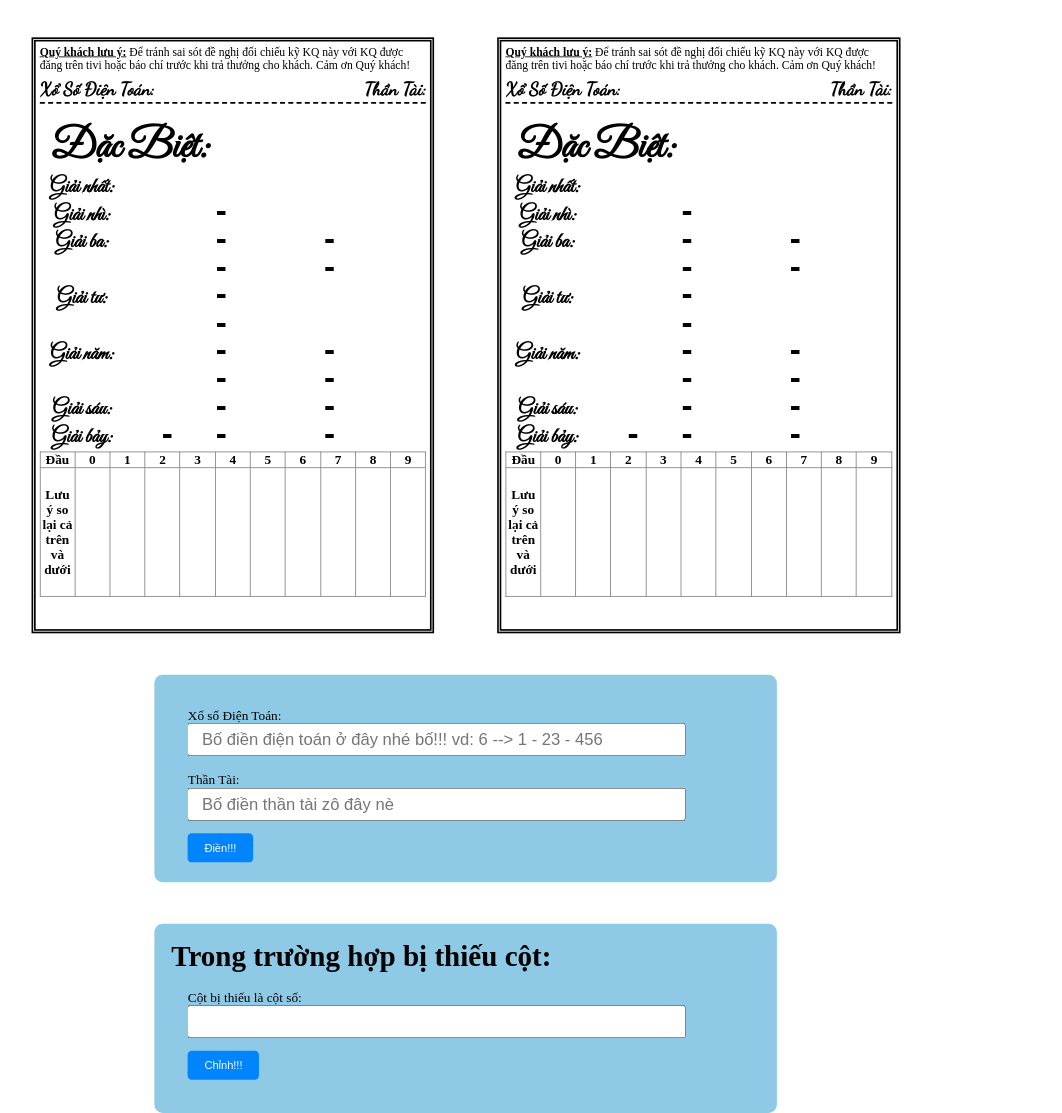
Repository: AnhDuc0125/xskt123
Page: index.html
The author's editor kept a copy of each file at every save. The page is drawn from the files as they stood at one save, then again after the next save.
The browser window is 1280 px wide. The pictures show the whole page, at 83% of full size.
Some web fonts or font styles are not loaded; a fallback is used.

Above is the page before, as saved 2022-01-29 23:33:21.

### index.html
<!DOCTYPE html>
<html lang="en">
  <head>
    <meta charset="UTF-8" />
    <meta http-equiv="X-UA-Compatible" content="IE=edge" />
    <meta name="viewport" content="width=device-width, initial-scale=1.0" />
    <link rel="stylesheet" href="style.css" />
    <title>Document</title>
  </head>
  <body>
    <div class="boxed__container">
      <div class="boxed--1">
        <div class="header">
          <div class="header--1">
            <b><u>Quý khách lưu ý:</u></b> Để tránh sai sót đề nghị đối chiếu kỹ
            KQ này với KQ được đăng trên tivi hoặc báo chí trước khi trả thưởng
            cho khách. Cảm ơn Quý khách!
          </div>
          <div class="header--2">
            <div class="dienToan">
              Xổ Số Điện Toán:
              <span class="data__dienToan"></span>
            </div>
            <div class="thanTai">
              Thần Tài: <span class="data__thanTai"></span>
            </div>
          </div>
        </div>

        <div class="body">
          <div class="body--1">
            <div class="dacBiet">
              Đặc Biệt:
              <span id="data__dacBiet" class="data__body--1"></span>
            </div>
          </div>
          <div class="body--2">
            <!-- row1 -->
            <div class="body__item body__name">Giải nhất:</div>
            <div class="body__item data__body--1"></div>
            <div class="body__item"></div>
            <div class="body__item"></div>
            <div class="body__item"></div>
            <div class="body__item"></div>
            <!-- row2 -->
            <div class="body__item body__name">Giải nhì:</div>
            <div class="body__item data__body--1"></div>
            <div class="body__item space">-</div>
            <div class="body__item data__body--1"></div>
            <div class="body__item"></div>
            <div class="body__item"></div>
            <!-- row3 -->
            <div class="body__item body__name">Giải ba:</div>
            <div class="body__item data__body--1"></div>
            <div class="body__item space">-</div>
            <div class="body__item data__body--1"></div>
            <div class="body__item space">-</div>
            <div class="body__item data__body--1"></div>
            <!-- row4 -->
            <div class="body__item"></div>
            <div class="body__item data__body--1"></div>
            <div class="body__item space">-</div>
            <div class="body__item data__body--1"></div>
            <div class="body__item space">-</div>
            <div class="body__item data__body--1"></div>
            <!-- row5 -->
            <div class="body__item body__name">Giải tư:</div>
            <div class="body__item data__body--1"></div>
            <div class="body__item space">-</div>
            <div class="body__item data__body--1"></div>
            <div class="body__item"></div>
            <div class="body__item"></div>
            <!-- row6 -->
            <div class="body__item"></div>
            <div class="body__item data__body--1"></div>
            <div class="body__item space">-</div>
            <div class="body__item data__body--1"></div>
            <div class="body__item"></div>
            <div class="body__item"></div>
            <!-- row7 -->
            <div class="body__item body__name">Giải năm:</div>
            <div class="body__item data__body--1"></div>
            <div class="body__item space">-</div>
            <div class="body__item data__body--1"></div>
            <div class="body__item space">-</div>
            <div class="body__item data__body--1"></div>
            <!-- row8 -->
            <div class="body__item"></div>
            <div class="body__item data__body--1"></div>
            <div class="body__item space">-</div>
            <div class="body__item data__body--1"></div>
            <div class="body__item space">-</div>
            <div class="body__item data__body--1"></div>
            <!-- row9 -->
            <div class="body__item body__name">Giải sáu:</div>
            <div class="body__item data__body--1"></div>
            <div class="body__item space">-</div>
            <div class="body__item data__body--1"></div>
            <div class="body__item space">-</div>
            <div class="body__item data__body--1"></div>
            <!-- row10 -->
            <div class="body__item body__name">Giải bảy:</div>
            <div class="body__item">
              <span class="data__body--1"></span>
              <span class="space">-</span>
              <span class="data__body--1"></span>
            </div>
            <div class="body__item space">-</div>
            <div class="body__item data__body--1"></div>
            <div class="body__item space">-</div>
            <div class="body__item data__body--1"></div>
          </div>
        </div>

        <div class="footer">
          <div class="footer--1">
            <table border="1">
              <thead>
                <tr>
                  <th class="title__table">Đầu</th>
                  <th class="cols__title">0</th>
                  <th class="cols__title">1</th>
                  <th class="cols__title">2</th>
                  <th class="cols__title">3</th>
                  <th class="cols__title">4</th>
                  <th class="cols__title">5</th>
                  <th class="cols__title">6</th>
                  <th class="cols__title">7</th>
                  <th class="cols__title">8</th>
                  <th class="cols__title">9</th>
                </tr>
              </thead>
              <tbody>
                <tr>
                  <th>Lưu ý so lại cả trên và dưới</th>
                  <th class="cols">
                    <ul id="data__0--1"></ul>
                  </th>
                  <th class="cols">
                    <ul id="data__1--1"></ul>
                  </th>
                  <th class="cols">
                    <ul id="data__2--1"></ul>
                  </th>
                  <th class="cols">
                    <ul id="data__3--1"></ul>
                  </th>
                  <th class="cols">
                    <ul id="data__4--1"></ul>
                  </th>
                  <th class="cols">
                    <ul id="data__5--1"></ul>
                  </th>
                  <th class="cols">
                    <ul id="data__6--1"></ul>
                  </th>
                  <th class="cols">
                    <ul id="data__7--1"></ul>
                  </th>
                  <th class="cols">
                    <ul id="data__8--1"></ul>
                  </th>
                  <th class="cols">
                    <ul id="data__9--1"></ul>
                  </th>
                </tr>
              </tbody>
            </table>
          </div>
          <div class="footer--2" id="data__footer--1"></div>
        </div>
      </div>
      <div class="boxed--2">
        <div class="header">
          <div class="header--1">
            <b><u>Quý khách lưu ý:</u></b> Để tránh sai sót đề nghị đối chiếu kỹ
            KQ này với KQ được đăng trên tivi hoặc báo chí trước khi trả thưởng
            cho khách. Cảm ơn Quý khách!
          </div>
          <div class="header--2">
            <div class="dienToan">
              Xổ Số Điện Toán:
              <span class="data__dienToan"></span>
            </div>
            <div class="thanTai">
              Thần Tài: <span class="data__thanTai"></span>
            </div>
          </div>
        </div>

        <div class="body">
          <div class="body--1">
            <div class="dacBiet">
              Đặc Biệt:
              <span id="data__dacBiet" class="data__body--2"></span>
            </div>
          </div>
          <div class="body--2">
            <!-- row1 -->
            <div class="body__item body__name">Giải nhất:</div>
            <div class="body__item data__body--2"></div>
            <div class="body__item"></div>
            <div class="body__item"></div>
            <div class="body__item"></div>
            <div class="body__item"></div>
            <!-- row2 -->
            <div class="body__item body__name">Giải nhì:</div>
            <div class="body__item data__body--2"></div>
            <div class="body__item space">-</div>
            <div class="body__item data__body--2"></div>
            <div class="body__item"></div>
            <div class="body__item"></div>
            <!-- row3 -->
            <div class="body__item body__name">Giải ba:</div>
            <div class="body__item data__body--2"></div>
            <div class="body__item space">-</div>
            <div class="body__item data__body--2"></div>
            <div class="body__item space">-</div>
            <div class="body__item data__body--2"></div>
            <!-- row4 -->
            <div class="body__item"></div>
            <div class="body__item data__body--2"></div>
            <div class="body__item space">-</div>
            <div class="body__item data__body--2"></div>
            <div class="body__item space">-</div>
            <div class="body__item data__body--2"></div>
            <!-- row5 -->
            <div class="body__item body__name">Giải tư:</div>
            <div class="body__item data__body--2"></div>
            <div class="body__item space">-</div>
            <div class="body__item data__body--2"></div>
            <div class="body__item"></div>
            <div class="body__item"></div>
            <!-- row6 -->
            <div class="body__item"></div>
            <div class="body__item data__body--2"></div>
            <div class="body__item space">-</div>
            <div class="body__item data__body--2"></div>
            <div class="body__item"></div>
            <div class="body__item"></div>
            <!-- row7 -->
            <div class="body__item body__name">Giải năm:</div>
            <div class="body__item data__body--2"></div>
            <div class="body__item space">-</div>
            <div class="body__item data__body--2"></div>
            <div class="body__item space">-</div>
            <div class="body__item data__body--2"></div>
            <!-- row8 -->
            <div class="body__item"></div>
            <div class="body__item data__body--2"></div>
            <div class="body__item space">-</div>
            <div class="body__item data__body--2"></div>
            <div class="body__item space">-</div>
            <div class="body__item data__body--2"></div>
            <!-- row9 -->
            <div class="body__item body__name">Giải sáu:</div>
            <div class="body__item data__body--2"></div>
            <div class="body__item space">-</div>
            <div class="body__item data__body--2"></div>
            <div class="body__item space">-</div>
            <div class="body__item data__body--2"></div>
            <!-- row10 -->
            <div class="body__item body__name">Giải bảy:</div>
            <div class="body__item">
              <span class="data__body--2"></span>
              <span class="space">-</span>
              <span class="data__body--2"></span>
            </div>
            <div class="body__item space">-</div>
            <div class="body__item data__body--2"></div>
            <div class="body__item space">-</div>
            <div class="body__item data__body--2"></div>
          </div>
        </div>

        <div class="footer">
          <div class="footer--1">
            <table border="1">
              <thead>
                <tr>
                  <th class="title__table">Đầu</th>
                  <th class="cols__title">0</th>
                  <th class="cols__title">1</th>
                  <th class="cols__title">2</th>
                  <th class="cols__title">3</th>
                  <th class="cols__title">4</th>
                  <th class="cols__title">5</th>
                  <th class="cols__title">6</th>
                  <th class="cols__title">7</th>
                  <th class="cols__title">8</th>
                  <th class="cols__title">9</th>
                </tr>
              </thead>
              <tbody>
                <tr>
                  <th>Lưu ý so lại cả trên và dưới</th>
                  <th class="cols">
                    <ul id="data__0--2"></ul>
                  </th>
                  <th class="cols">
                    <ul id="data__1--2"></ul>
                  </th>
                  <th class="cols">
                    <ul id="data__2--2"></ul>
                  </th>
                  <th class="cols">
                    <ul id="data__3--2"></ul>
                  </th>
                  <th class="cols">
                    <ul id="data__4--2"></ul>
                  </th>
                  <th class="cols">
                    <ul id="data__5--2"></ul>
                  </th>
                  <th class="cols">
                    <ul id="data__6--2"></ul>
                  </th>
                  <th class="cols">
                    <ul id="data__7--2"></ul>
                  </th>
                  <th class="cols">
                    <ul id="data__8--2"></ul>
                  </th>
                  <th class="cols">
                    <ul id="data__9--2"></ul>
                  </th>
                </tr>
              </tbody>
            </table>
          </div>
          <div class="footer--2" id="data__footer--2"></div>
        </div>
      </div>
    </div>
    <div class="ask">
      <div class="form__group">
        <label class="label__control">Xổ số Điện Toán:</label>
        <input
          type="number"
          class="form__control input__dienToan"
          oninput="javascript: if (this.value.length > this.maxLength) this.value = this.value.slice(0, this.maxLength);"
          maxlength="6"
          placeholder="Bố điền điện toán ở đây nhé bố!!! vd: 6 --> 1 - 23 - 456"
        />
      </div>
      <div class="form__group">
        <form id="form_thanTai">
          <label for="" class="label__control">Thần Tài:</label>
          <input
            type="number"
            class="form__control input__thanTai"
            oninput="javascript: if (this.value.length > this.maxLength) this.value = this.value.slice(0, this.maxLength);"
            maxlength="4"
            placeholder="Bố điền thần tài zô đây nè"
          />
          <button onclick="showData()">Điền!!!</button>
        </form>
      </div>
    </div>
    <div class="custom_box">
      <strong style="font-size: 35px">Trong trường hợp bị thiếu cột:</strong>
      <div class="form__group">
        <form id="form_custom">
          <div class="label__control">Cột bị thiếu là cột số:</div>
          <input
            type="number"
            class="form__control"
            id="input__custom--column"
            oninput="javascript: if (this.value.length > this.maxLength) this.value = this.value.slice(0, this.maxLength);"
            maxlength="1"
          />
          <button onclick="customColumn()">Chỉnh!!!</button>
        </form>
      </div>
    </div>
  </body>
  <!-- <script src="app.js"></script> -->
</html>

### style.css
@import url("https://fonts.googleapis.com/css2?family=Great+Vibes&display=swap");
@import url("https://fonts.googleapis.com/css2?family=Dancing+Script&display=swap");
@import url("https://fonts.googleapis.com/css2?family=Andada+Pro:ital,wght@1,800&display=swap");

* {
  margin: 0;
  padding: 0;
  box-sizing: border-box;
}

body {
  width: 29.7cm;
  height: 21cm;
  font-family: ".VNTime";
}

.boxed__container {
  width: 27.7cm;
  height: 19cm;
  margin: 1.2cm 1cm 0.8cm;
  display: grid;
  grid-template-columns: 12.85cm 12.85cm;
  grid-template-rows: 19cm;
  column-gap: 2cm;
}

.boxed--1,
.boxed--2 {
  width: 12.85cm;
  height: 19cm;
  padding: 5px;
  border: 5px double black;
}

/* header css*/
.header {
  width: 100%;
  height: 10%;
  border-bottom: 2px dashed black;
}

.header--1 {
  font-size: 14px;
}

.header--2 {
  font-family: "Dancing Script", cursive;
  font-weight: bold;
  font-size: 22px;
  display: flex;
  justify-content: space-between;
}

/* data css */
.data__body--1,
.data__body--2,
.data__dienToan,
.data__thanTai {
  font-family: arial;
  font-size: 30px;
}

#data__dacBiet {
  font-size: 70px;
}

.space {
  font-family: Arial, Helvetica, sans-serif;
  font-size: 40px;
  transform: translateY(-5px);
}

.data__body--1,
.data__body--2 {
  margin-right: 5px;
}

/* body css*/
.body {
  width: 100%;
  height: 60%;
  font-family: "Great Vibes", cursive;
  font-weight: bold;
}

.body--1 {
  width: 100%;
  height: 20%;
  display: flex;
  align-items: center;
}

.body--1 .dacBiet {
  font-size: 50px;
  margin-left: 15px;
}

.body--2 {
  width: 100%;
  height: 80%;
  display: grid;
  grid-template-columns: 22% 22% 6% 22% 6% 22%;
  grid-template-rows: 10% 10% 10% 10% 10% 10% 10% 10% 10% 10%;
}

.body--2 .body__item {
  display: flex;
  justify-content: center;
  align-items: center;
}

.body--2 .body__item.body__name {
  font-size: 25px;
}

.body--2 .body__item.data__body--1,
.body--2 .body__item.data__body--2 {
  justify-content: right;
}

.footer {
  width: 100%;
  height: 30%;
}

.footer--1 {
  width: 100%;
  height: 175px;
}

.footer table {
  width: 100%;
  height: 100%;
  border-collapse: collapse;
  min-height: 175px;
}

ul {
  list-style-type: none;
}

li {
  font-size: 18px;
}

th.cols__title {
  width: 46.19px;
}

th.cols {
  vertical-align: top;
  height: 137.07px;
}

.title__table {
  width: 9%;
}

.footer--2 {
  width: 100%;
  height: 25%;
  font-family: "Andada Pro", serif;
  font-weight: bolder;
  font-size: 21px;
  text-align: center;
  transform: translateY(10px);
}

.ask {
  width: 750px;
  height: 250px;
  padding: 20px;
  margin: 0 auto;
  border-radius: 10px;
  border: none;
  color: black;
  background-color: #8ecae6;
  margin-top: 50px;
}

.custom_box {
  width: 750px;
  height: fit-content;
  padding: 20px;
  margin: 0 auto;
  border-radius: 10px;
  border: none;
  color: black;
  background-color: #8ecae6;
  margin-top: 50px;
}

.form__group {
  margin: 20px;
}

label {
  display: block;
}

input::-webkit-outer-spin-button,
input::-webkit-inner-spin-button {
  -webkit-appearance: none;
  margin: 0;
}

.form__control {
  width: 600px;
  height: 40px;
  padding: 15px;
  font-size: 20px;
}

button {
  display: block;
  padding: 10px 20px;
  background-color: #0085ff;
  border-radius: 5px;
  border: none;
  color: white;
  cursor: pointer;
  margin-top: 15px;
}

After the next save:
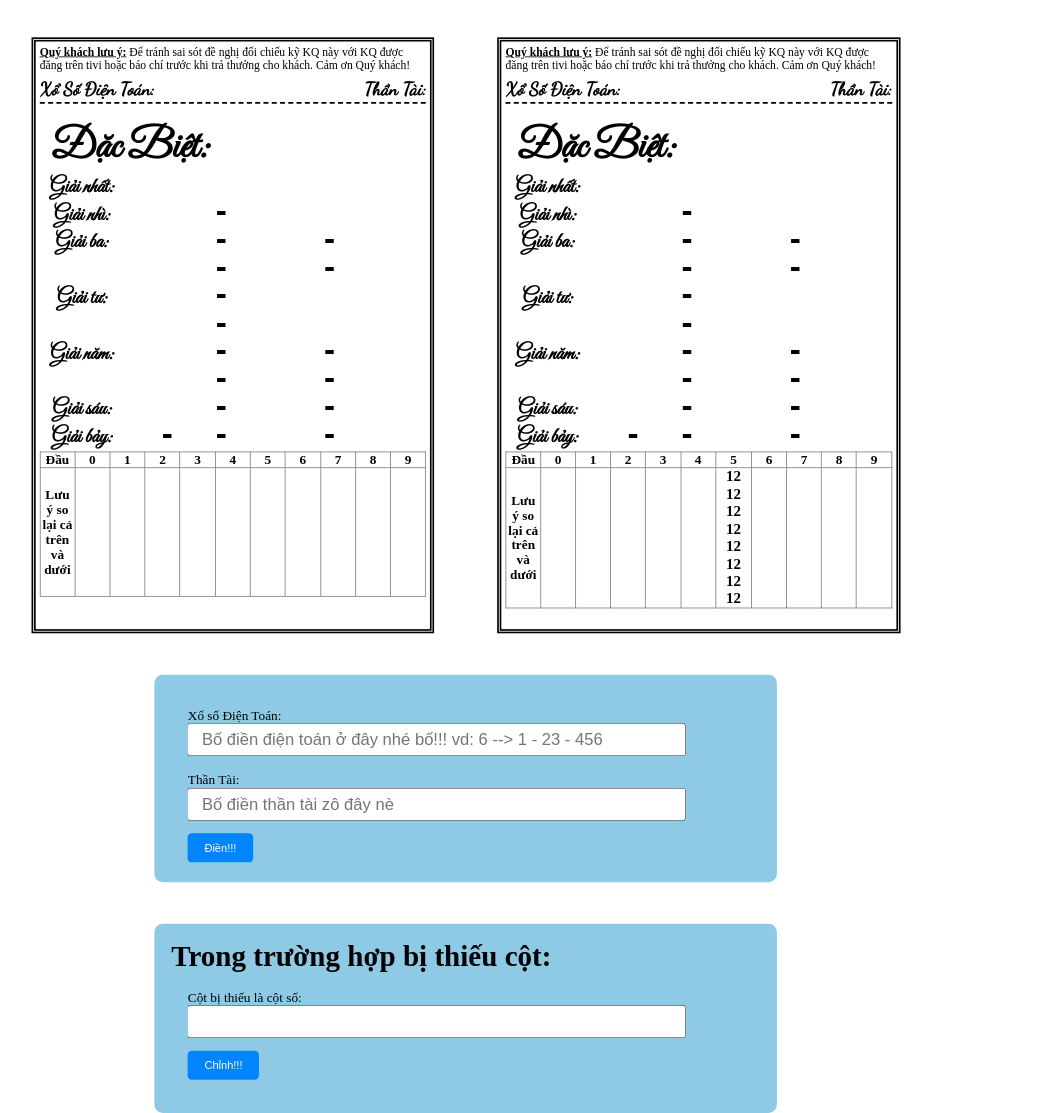
Saved 17 s later.
--- a/index.html
+++ b/index.html
@@ -310,7 +310,16 @@
                     <ul id="data__4--2"></ul>
                   </th>
                   <th class="cols">
-                    <ul id="data__5--2"></ul>
+                    <ul id="data__5--2">
+                      <li>12</li>
+                      <li>12</li>
+                      <li>12</li>
+                      <li>12</li>
+                      <li>12</li>
+                      <li>12</li>
+                      <li>12</li>
+                      <li>12</li>
+                    </ul>
                   </th>
                   <th class="cols">
                     <ul id="data__6--2"></ul>
